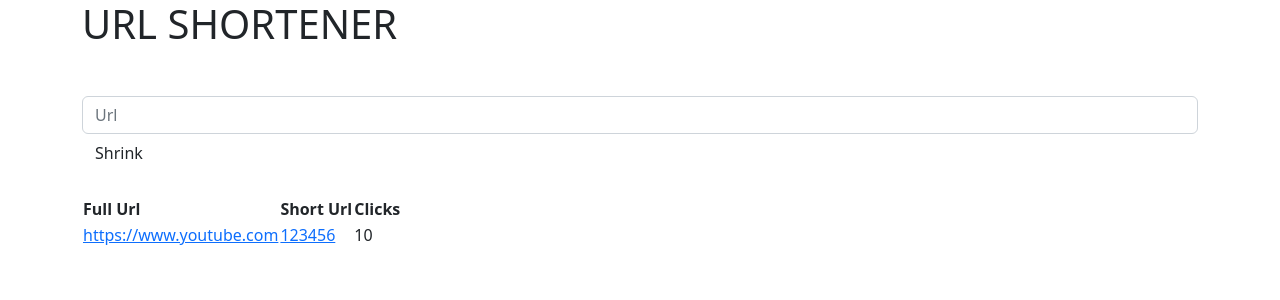
Repository: HarshM0di/URL-SHORTENER
Page: http://localhost/
The author's editor kept a copy of each file at every save. The page is drawn from the files as they stood at one save, then again after the next save.
The browser window is 1280 px wide. The pictures show the whole page.
The page is served by the project's Node server (server.js).

Above is the page before, as saved 2022-09-18 11:09:03.

After the next save:
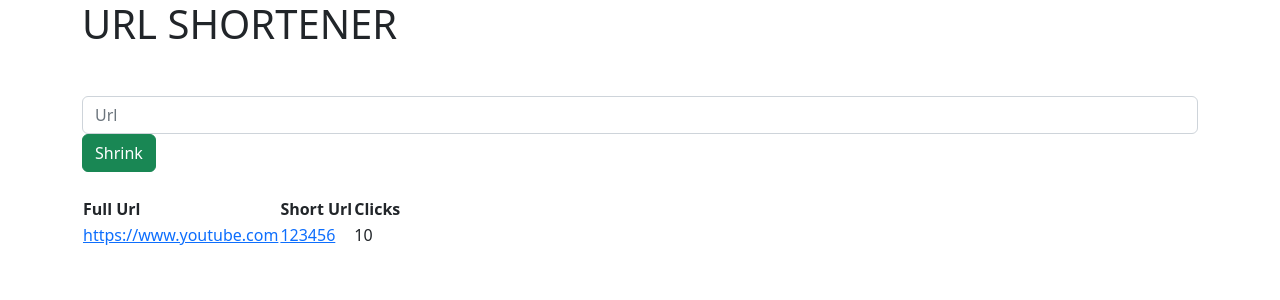
Saved 42 s later.
--- a/views/index.ejs
+++ b/views/index.ejs
@@ -16,7 +16,7 @@
     <form action="" method = "POST" class ="my-4 form-inline">
         <label for="fullUrl" class="sr-only"></label>
         <input required placeholder="Url" type="url" name= "fullUrl" id="fullUrl" class="form-control mr-2" >
-        <button class="btn btn-sucess" type="submit">Shrink</button>
+        <button class="btn btn-success" type="submit">Shrink</button>
     </form>
 
     <table>
